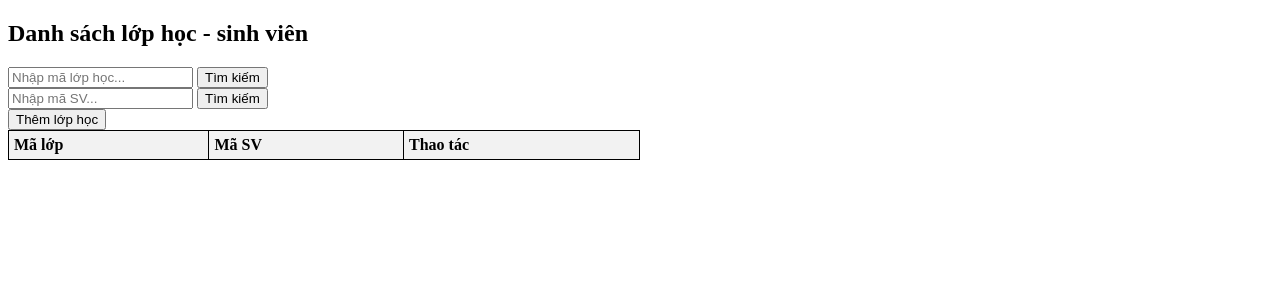
Repository: thuynvm1610/JavaWeb_Nhom06_SICT-portal_Backup
Page: http://localhost/SICT-portal/view/admin/student_classroomList.jsp
An editor plug-in stored every save of this project. The page is shown before and after the next save, followed by the edit.
The browser window is 1280 px wide. The pictures show the whole page.
The page is served by Tomcat 9. Other server files are loaded and not shown. The template is opened directly, without the code that normally fills it, so the values that code supplies are empty.

Above is the page before, as saved 2025-05-06 13:58:42.

### SICT-portal/src/main/webapp/view/admin/student_classroomList.jsp
<%@ page language="java" contentType="text/html; charset=UTF-8"
	pageEncoding="UTF-8"%>
<%@ taglib uri="http://java.sun.com/jsp/jstl/core" prefix="c"%>
<!DOCTYPE html>
<html lang="en">
	<head>
		<title>Danh sách lớp học - sinh viên</title>
		<style>
			table {
				border-collapse: collapse;
				width: 50%;
			}

			th, td {
				border: 1px solid black;
				padding: 5px;
				text-align: left;
			}

			th {
				background-color: #f2f2f2;
			}
		</style>
	</head>
	<body>
		<h2>Danh sách lớp học - sinh viên</h2>
		<!-- Hiển thị thông báo nếu có -->
		<c:if test="${not empty message}">
			<div style="color: red;">${message}</div>
		</c:if>
		<!-- Form tìm kiếm danh sách sinh viên theo mã lớp-->
		<form method="get" action="admin">
			<input type="hidden" name="action" value="searchStudentListByClassroomID" />
			<input type="text" name="classroomID" placeholder="Nhập mã lớp học..." />
			<button type="submit">Tìm kiếm</button>
		</form>
		<!-- Form tìm kiếm danh sách lớp theo mã sinh viên-->
		<form method="get" action="admin">
			<input type="hidden" name="action" value="searchClassroomListByStudentID" />
			<input type="text" name="studentID" placeholder="Nhập mã SV..." />
			<button type="submit">Tìm kiếm</button>
		</form>
		<!-- Nút thêm mới -->
		<form method="get" action="admin">
			<input type="hidden" name="action" value="addClassroomForm" />
			<button type="submit">Thêm lớp học</button>
		</form>
		<!-- Bảng hiển thị danh sách lớp học - sinh viên -->
		<table>
			<thead>
				<tr>
					<th>Mã lớp</th>
					<th>Mã SV</th>
					<th>Thao tác</th>
				</tr>
			</thead>
			<tbody>
				<c:forEach var="sc" items="${student_classroomList}">
					<tr>
						<td>${sc.classroomID}</td>
						<td>${sc.studentID}</td>
						<td>
							<div style="display: flex; gap: 5px;">
								<form method="get" action="admin">
									<input type="hidden" name="action" value="updateStudent_classroomForm"/>
									<input type="hidden" name="classroomID" value="${sc.classroomID}"/>
									<button type="submit">Sửa</button>
								</form>
								<form method="post" action="admin">
									<input type="hidden" name="action" value="deleteStudent_classroom"/>
									<input type="hidden" name="classroomID" value="${sc.classroomID}"/>
									<button type="submit" onclick="return confirm('Bạn có chắc muốn xóa sinh viên này?');">Xóa</button>
								</form>
							</div>
                        </td>
					</tr>
				</c:forEach>
			</tbody>
		</table>
	</body>
</html>

After the next save:
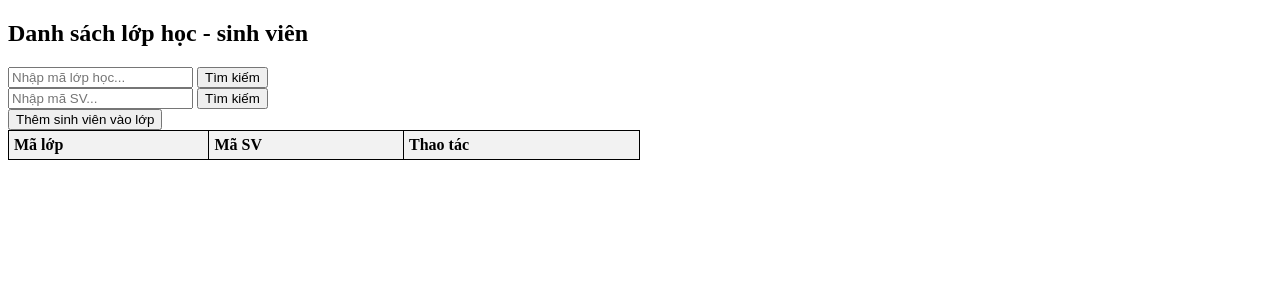
Saved 51 s later.
--- a/SICT-portal/src/main/webapp/view/admin/student_classroomList.jsp
+++ b/SICT-portal/src/main/webapp/view/admin/student_classroomList.jsp
@@ -43,7 +43,7 @@
 		<!-- Nút thêm mới -->
 		<form method="get" action="admin">
 			<input type="hidden" name="action" value="addClassroomForm" />
-			<button type="submit">Thêm lớp học</button>
+			<button type="submit">Thêm sinh viên vào lớp</button>
 		</form>
 		<!-- Bảng hiển thị danh sách lớp học - sinh viên -->
 		<table>
